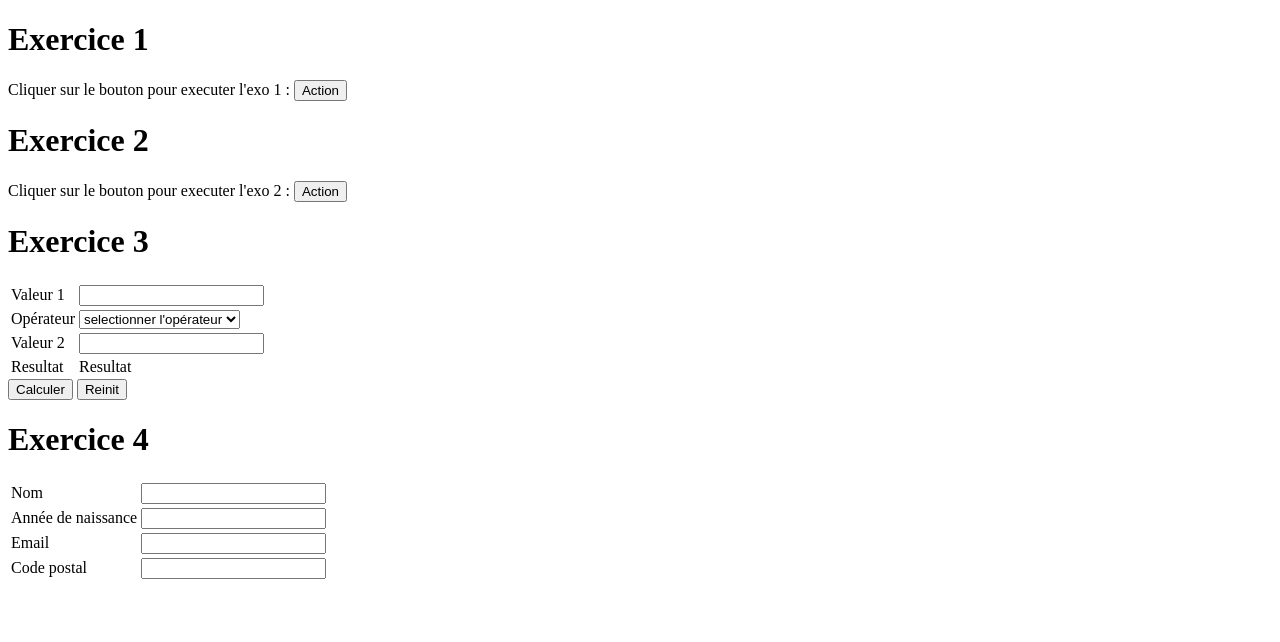
Repository: AgatheLM/formation_js
Page: insee-travaux-js/insee-client-js/exo1.html
These files come from the project's save history. The page is drawn as it stood at one moment and after the next save; the edit follows.
The browser window is 1280 px wide. The pictures show the whole page.

Above is the page before, as saved 2018-01-24 13:32:23.

After the next save:
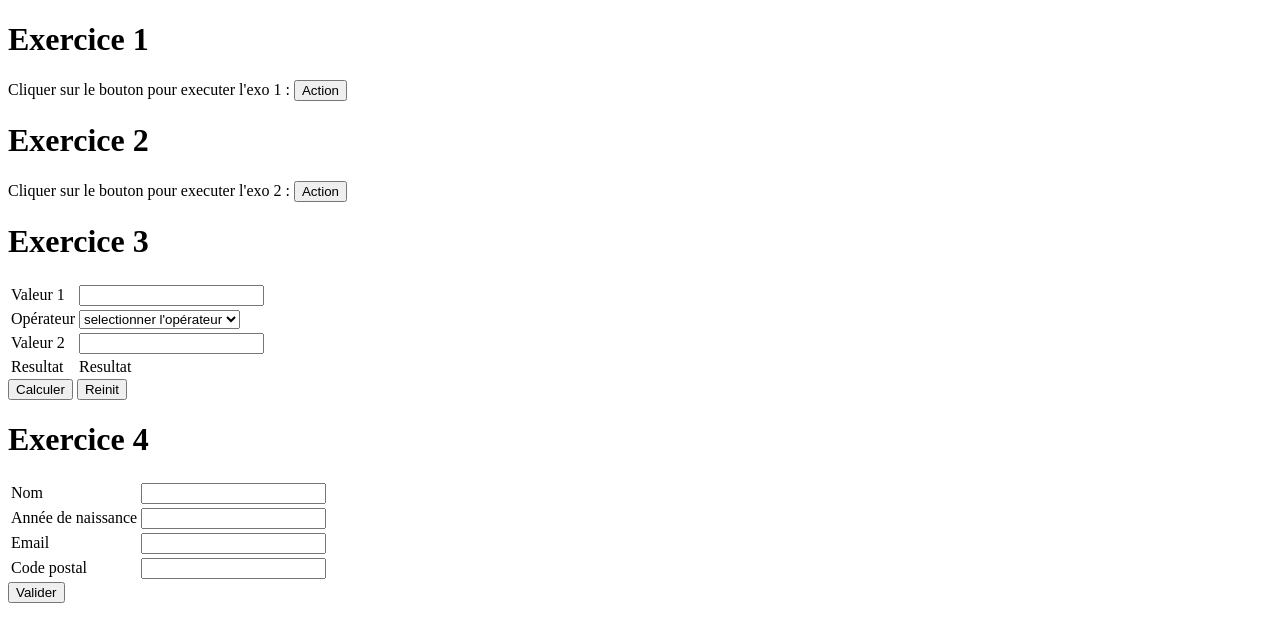
Saved 44 s later.
--- a/insee-travaux-js/insee-client-js/exo1.html
+++ b/insee-travaux-js/insee-client-js/exo1.html
@@ -46,8 +46,8 @@
 				<td><label id="result"> Resultat </label></td>
 			</tr>
 		</table>
-		<input type="button" value="Calculer" onclick="main_exo3()" /> <input
-			type="button" value="Reinit" onclick="main_exo3_reinitf()" />
+		<input type="button" value="Calculer" onclick="main_exo3()" />
+		<input type="button" value="Reinit" onclick="main_exo3_reinitf()" />
 	</form>
 
 	<h1>Exercice 4</h1>
@@ -75,6 +75,7 @@
 				<td><input type="text" name="cp" id="cp" /></td>
 			</tr>
 		</table>
+		<input type="button" value="Valider" onclick="main_exo4()" />
 	</form>
 
 
